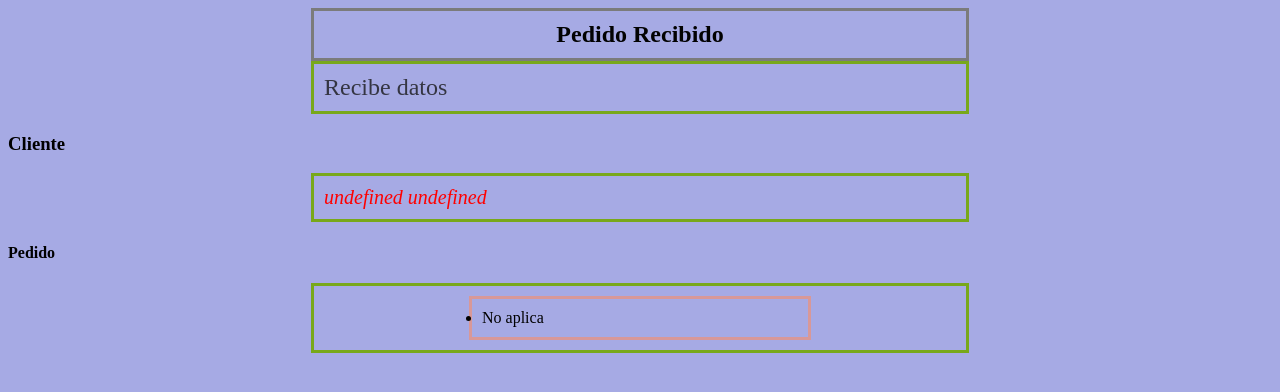
Repository: UVMCoyoacan/VEFY
Page: recibedatos.html
The author's editor kept a copy of each file at every save. The page is drawn from the files as they stood at one save, then again after the next save.
The browser window is 1280 px wide. The pictures show the whole page.

Above is the page before, as saved 2024-03-01 11:28:35.
Console error: ReferenceError: ad1 is not defined

After the next save:
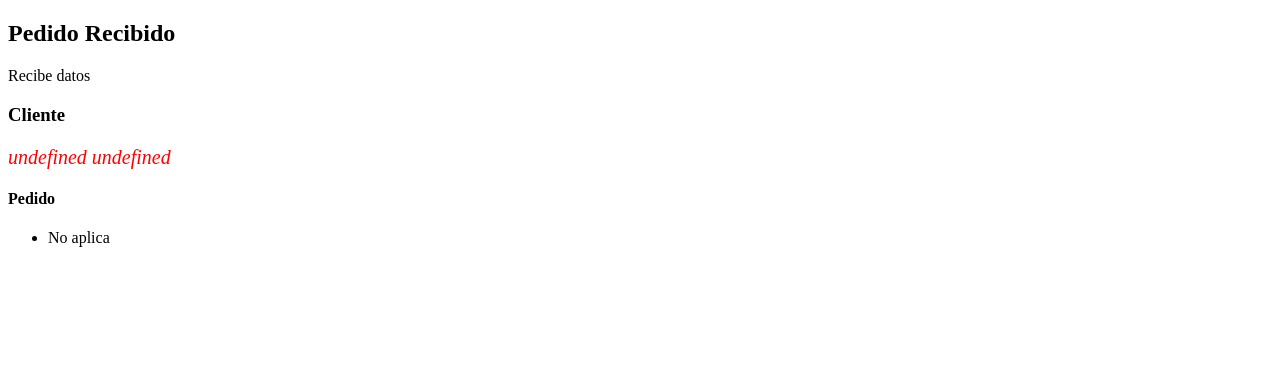
Saved 31 s later.
--- a/recibedatos.html
+++ b/recibedatos.html
@@ -1,11 +1,6 @@
 <!DOCTYPE html>
 <html>
 	<head>
-		<link rel="stylesheet" href="estilo.css"/>
-        <link rel="stylesheet" href="estilo1.css"/>
-        <link rel="stylesheet" href="estilo2.css"/>
-        <link rel="stylesheet" href="estilo3.css"/>
-        <link rel="stylesheet" href="estilo4.css"/>
 		<script type="text/javascript">
 			function getUrlVars() { //SOLO CON GET//
 			var vars = {};
@@ -29,7 +24,7 @@
 
 				alert("chk= " +ops+": "+ ad1);
 		</script>
-		<meta charset="utf-8" />
+		<meta charset="UTF-8" />
 	</head>
 <body>
 
